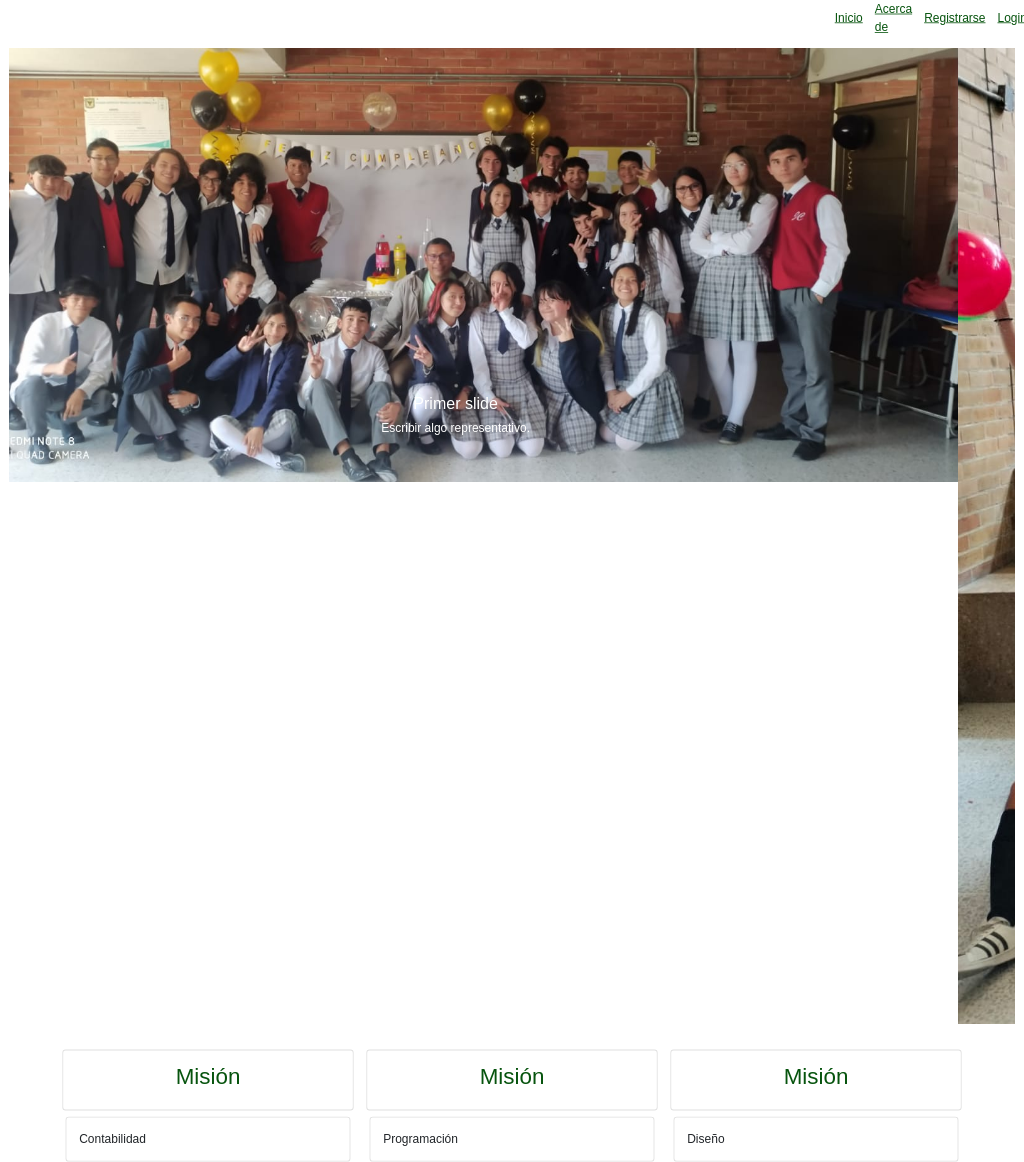
Repository: AntonnySant/webColegio
Page: index.html
These files come from the project's save history. The page is drawn as it stood at one moment and after the next save; the edit follows.
The browser window is 1280 px wide. The pictures show the whole page, at 80% of full size.

Above is the page before, as saved 2023-10-17 17:14:29.
Console error: TypeError: Cannot set properties of null (setting 'onclick')

### index.html
<!DOCTYPE html>
<html lang="en">

<head>
    <meta charset="UTF-8">
    <meta http-equiv="X-UA-Compatible" content="IE=edge">
    <meta name="viewport" content="width=device-width, initial-scale=1.0">
    <!-- Compiled and minified CSS -->
    <link href="https://cdn.jsdelivr.net/npm/bootstrap@5.0.2/dist/css/bootstrap.min.css" rel="stylesheet"
        integrity="sha384-EVSTQN3/azprG1Anm3QDgpJLIm9Nao0Yz1ztcQTwFspd3yD65VohhpuuCOmLASjC" crossorigin="anonymous">
    <link rel="stylesheet" type="text/css" href="./styles.css">

    <title>Document</title>
</head>

<body>
    <header class="header">
        <!-- <img src="https://juandelcorral.edu.co/wp-content/uploads/2023/03/escudo_2019_verde_fondo-670x1024.png"
            id="img_logo" alt="">
        <p>COLEGIO I.T.D. JUAN DEL CORRAL I.E.D.</p> -->
        <nav>
            <ul class="nav-right-section">
                <li><a href="#">Inicio</a></li>
                <li><a href="#">Acerca de</a></li>
                <li><a href="#">Registrarse</a>
                    <!-- <button id="openModal">Registrarse</button>
                    <div id="registrationModal" class="modal">
                        <div class="modal-content">
                            <span class="close" id="closeModal">&times;</span>
                            <h2>Registro</h2>
                            <form>
                                <label for="username">Nombre de usuario:</label>
                                <input type="text" id="username" name="username" required>
                                <label for="password">Contraseña:</label>
                                <input type="password" id="password" name="password" required>
                                <button type="submit">Registrarse</button>
                            </form>
                        </div>
                    </div> -->
                </li>
                <li><a href="#">Login</a>
                    <!-- <button id="openModalBtn">Iniciar sesión</button>
                    <div id="loginModal" class="modal">
                        <div class="modal-content">
                            <span class="close" id="closeModalBtn">&times;</span>
                            <h2>Iniciar sesión</h2>
                            <form>
                                <input type="text" placeholder="Usuario">
                                <input type="password" placeholder="Contraseña">
                                <button type="submit">Iniciar sesión</button>
                            </form>
                        </div>
                    </div> -->
                </li>
            </ul>
        </nav>
    </header>






    <div class="container-fluid">
        <!-- Carrosul dinamico con las 4 imagenes  -->
        <!-- <div class="container"> -->
        <div class="row py-4">
            <div id="carrusel" class="carousel slide" data-bs-ride="carousel">
                <div class="carousel-indicators">
                    <button type="button" data-bs-target="#carouselExampleCaptions" data-bs-slide-to="0" class="active"
                        aria-current="true" aria-label="Slide 1"></button>
                    <button type="button" data-bs-target="#carouselExampleCaptions" data-bs-slide-to="1"
                        aria-label="Slide 2"></button>
                    <button type="button" data-bs-target="#carouselExampleCaptions" data-bs-slide-to="2"
                        aria-label="Slide 3"></button>
                    <button type="button" data-bs-target="#carouselExampleCaptions" data-bs-slide-to="3"
                        aria-label="Slide 4"></button>
                </div>
                <div class="carousel-inner">
                    <div class="carousel-item active">
                        <img src="foto1.jpeg" class="d-block w-100 img-fluid" alt="...">
                        <div class="carousel-caption d-none d-md-block">
                            <h5>Primer slide</h5>
                            <p>Escribir algo representativo.</p>
                        </div>
                    </div>
                    <div class="carousel-item">
                        <img src="foto2.jpeg" class="d-block w-100 img-fluid" alt="...">
                        <div class="carousel-caption d-none d-md-block">
                            <h5>Segundo slide</h5>
                            <p>Escribir algo representativo.</p>
                        </div>
                    </div>

                    <div class="carousel-item">
                        <img src="foto3.jpeg" class="d-block w-100 img-fluid" alt="...">
                        <div class="carousel-caption d-none d-md-block">
                            <h5>Tercer slide</h5>
                            <p>Escribir algo representativo.</p>
                        </div>
                    </div>

                    <div class="carousel-item">
                        <img src="foto4.jpeg" class="d-block w-100 img-fluid" alt="...">
                        <div class="carousel-caption d-none d-md-block">
                            <h5>Cuarto slide</h5>
                            <p>Escribir algo representativo.</p>
                        </div>
                    </div>
                </div>
                <button class="carousel-control-prev" type="button" data-bs-target="#carouselExampleCaptions"
                    data-bs-slide="prev">
                    <span class="carousel-control-prev-icon" aria-hidden="true"></span>
                    <span class="visually-hidden">Previous</span>
                </button>
                <button class="carousel-control-next" type="button" data-bs-target="#carouselExampleCaptions"
                    data-bs-slide="next">
                    <span class="carousel-control-next-icon" aria-hidden="true"></span>
                    <span class="visually-hidden">Next</span>
                </button>
                <!-- </div> -->
            </div>
        </div>
        <!--Cierre carrusel-->

        <div class="container">
            <div class="row">
                <div class="col-xs-12 col-md-4 p-2">
                    <div class="card">
                        <div class="card-body">

                            <!-- Button trigger modal -->

                            <a href="#" data-bs-toggle="modal" data-bs-target="#exampleModal" class="btn-card">
                                <h3>Misión</h3>
                            </a>

                            <!-- Modal -->
                            <div class="modal fade" id="exampleModal" tabindex="-1" aria-labelledby="exampleModalLabel"
                                aria-hidden="true">
                                <div class="modal-dialog">
                                    <div class="modal-content">
                                        <div class="modal-header">
                                            <h5 class="modal-title" id="exampleModalLabel">Modal title</h5>
                                            <button type="button" class="btn-close" data-bs-dismiss="modal"
                                                aria-label="Close"></button>
                                        </div>
                                        <div class="modal-body">
                                            ...
                                        </div>
                                        <div class="modal-footer">
                                            <button type="button" class="btn btn-secondary"
                                                data-bs-dismiss="modal">Close</button>
                                            <button type="button" class="btn btn-primary">Save changes</button>
                                        </div>
                                    </div>
                                </div>
                            </div>
                        </div>

                    </div>
                </div>
                <div class="col-xs-12 col-md-4 p-2">
                    <div class="card">
                        <div class="card-body">

                            <!-- Button trigger modal -->

                            <a href="#" data-bs-toggle="modal" data-bs-target="#exampleModal" class="btn-card">
                                <h3>Misión</h3>
                            </a>

                            <!-- Modal -->
                            <div class="modal fade" id="exampleModal" tabindex="-1" aria-labelledby="exampleModalLabel"
                                aria-hidden="true">
                                <div class="modal-dialog">
                                    <div class="modal-content">
                                        <div class="modal-header">
                                            <h5 class="modal-title" id="exampleModalLabel">Modal title</h5>
                                            <button type="button" class="btn-close" data-bs-dismiss="modal"
                                                aria-label="Close"></button>
                                        </div>
                                        <div class="modal-body">
                                            ...
                                        </div>
                                        <div class="modal-footer">
                                            <button type="button" class="btn btn-secondary"
                                                data-bs-dismiss="modal">Close</button>
                                            <button type="button" class="btn btn-primary">Save changes</button>
                                        </div>
                                    </div>
                                </div>
                            </div>
                        </div>

                    </div>
                </div>
                <div class="col-xs-12 col-md-4 p-2">
                    <div class="card">
                        <div class="card-body">

                            <!-- Button trigger modal -->

                            <a href="#" data-bs-toggle="modal" data-bs-target="#exampleModal" class="btn-card">
                                <h3>Misión</h3>
                            </a>

                            <!-- Modal -->
                            <div class="modal fade" id="exampleModal" tabindex="-1" aria-labelledby="exampleModalLabel"
                                aria-hidden="true">
                                <div class="modal-dialog">
                                    <div class="modal-content">
                                        <div class="modal-header">
                                            <h5 class="modal-title" id="exampleModalLabel">Modal title</h5>
                                            <button type="button" class="btn-close" data-bs-dismiss="modal"
                                                aria-label="Close"></button>
                                        </div>
                                        <div class="modal-body">
                                            ...
                                        </div>
                                        <div class="modal-footer">
                                            <button type="button" class="btn btn-secondary"
                                                data-bs-dismiss="modal">Close</button>
                                            <button type="button" class="btn btn-primary">Save changes</button>
                                        </div>
                                    </div>
                                </div>
                            </div>
                        </div>

                    </div>
                </div>
            </div>
        </div>

        <div class="container">
            <div class="row">
                <div class="col">
                    <div class="card">
                        <div class="card-body">
                            Contabilidad
                        </div>
                    </div>
                </div>
                <div class="col">
                    <div class="card">
                        <div class="card-body">
                            Programación
                        </div>
                    </div>
                </div>
                <div class="col">
                    <div class="card">
                        <div class="card-body">
                            Diseño
                        </div>
                    </div>
                </div>
            </div>
        </div>
    </div>

    <!-- Compiled and minified JavaScript -->
    <script src="https://cdn.jsdelivr.net/npm/bootstrap@5.0.2/dist/js/bootstrap.bundle.min.js"
        integrity="sha384-MrcW6ZMFYlzcLA8Nl+NtUVF0sA7MsXsP1UyJoMp4YLEuNSfAP+JcXn/tWtIaxVXM" crossorigin="anonymous">
    </script>
    <script src="script.js"></script>
</body>

</html>

### styles.css
/* styles.css */
/* Estilos para el encabezado */
body {
    margin: 0;
    padding: 0;
    font-size: 15px;
    font-family: Arial, Helvetica, sans-serif;
}
.btn-card{
  text-align: center;
  text-decoration: none;
  color: #07540E;
}
.btn-card:hover{
  color: black;
}
.carousel-indicators{
  z-index: 1;
}
.header {
    position: fixed;
    /* top: 0;
    left: 0; */
    width: 100%;
    height: 60px;
    background-color: white;
    /* padding: 10px 0; */
    z-index: 1;
  }

  header nav {
    display: flex;
    justify-content: flex-end;
  }

  header nav .nav-right-section {
    width: 250px;
    height: auto;
    display: flex;
    list-style: none;
    justify-content: center;
    align-items: center;
  }

  nav .nav-right-section a {
    /* text-decoration: none; */
    margin-right: 15px;
    color: #07540E;
  }

  /* .header ul {
    list-style: none;
    margin: 0;
    padding: 0;
    float: right;
    margin: 15px;
  }

  .header ul li {
    display: flex;
    margin-right: 20px;
  }

  .header ul li:last-child {
    margin-right: 0;
  } */

  header p{
    margin-top: 15px;
    font-family: Arial, Helvetica, sans-serif;
    font-size: 36px;
    text-align: left;
    color: #07540E;

  }

  /* .content {
    margin-top: 60px;
  } */

  #carrusel {
    /* z-index: -2; */
  }

.modal {
    display: none;
    position: fixed;
    top: 0;
    left: 0;
    width: 100%;
    height: 100%;
    background-color: rgba(0,0,0,0.5);
  }

  .modal-content {
    background-color: #fff;
    margin: 10% auto;
    padding: 20px;
    width: 300px;
    box-shadow: 0 4px 8px 0 rgba(0,0,0,0.2);
  }
  .modal-backdrop{
    z-index: 0;
  }
  .close {
    float: right;
    font-size: 24px;
    cursor: pointer;
  }

  /* Estilos para el modal */
.modal {
    display: none;
    position: fixed;
    z-index: 1;
    left: 0;
    top: 0;
    width: 100%;
    height: 100%;
    background-color: rgba(0,0,0,0.7);
  }

  .modal-content {
    background-color: #fefefe;
    margin: 10% auto;
    padding: 20px;
    border: 1px solid #888;
    width: 50%;
  }

  .close {
    float: right;
    font-size: 20px;
    cursor: pointer;
  }

  /* Estilos para el botón "Registrarse" */
  #openModal {
    display: inline-block;
    padding: 10px 20px;
    background-color: #007bff;
    color: #fff;
    border: none;
    cursor: pointer;
  }

  /* Estilos para el formulario dentro del modal */
  form {
    display: flex;
    flex-direction: column;
  }

  label, input, button {
    margin: 5px 0;
  }

  img {
    height: 600px;
  }

  #img_logo {
    width: 120px;
    height: 140px;
    float: left;
    margin: 15px;
    margin-top: 10px;
  }


  /* Añade estilos adicionales según tu preferencia */

Loaded but not shown: script.js (40 lines, source omitted)

After the next save:
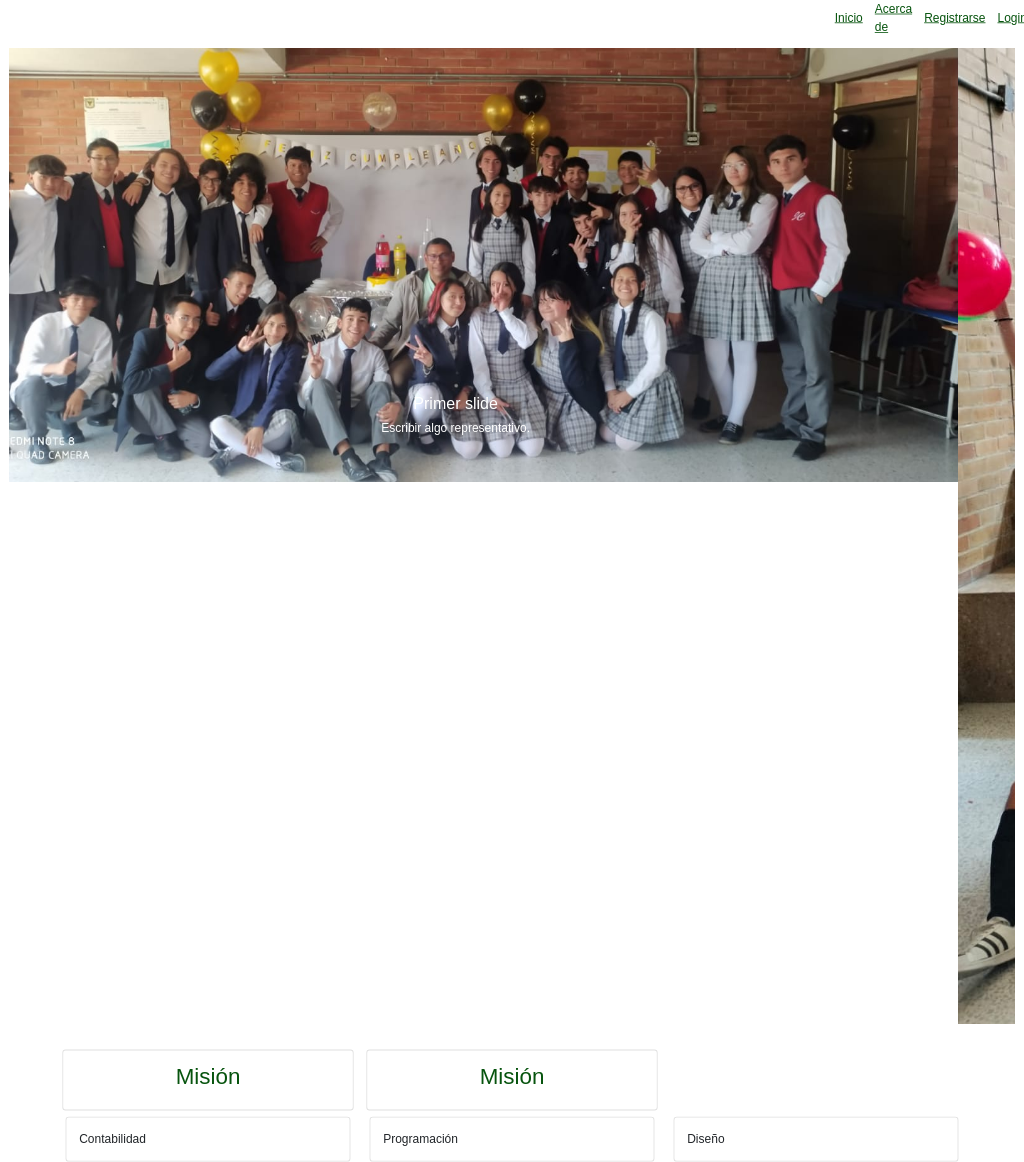
Saved 15 s later.
--- a/index.html
+++ b/index.html
@@ -195,41 +195,6 @@
 
                     </div>
                 </div>
-                <div class="col-xs-12 col-md-4 p-2">
-                    <div class="card">
-                        <div class="card-body">
-
-                            <!-- Button trigger modal -->
-
-                            <a href="#" data-bs-toggle="modal" data-bs-target="#exampleModal" class="btn-card">
-                                <h3>Misión</h3>
-                            </a>
-
-                            <!-- Modal -->
-                            <div class="modal fade" id="exampleModal" tabindex="-1" aria-labelledby="exampleModalLabel"
-                                aria-hidden="true">
-                                <div class="modal-dialog">
-                                    <div class="modal-content">
-                                        <div class="modal-header">
-                                            <h5 class="modal-title" id="exampleModalLabel">Modal title</h5>
-                                            <button type="button" class="btn-close" data-bs-dismiss="modal"
-                                                aria-label="Close"></button>
-                                        </div>
-                                        <div class="modal-body">
-                                            ...
-                                        </div>
-                                        <div class="modal-footer">
-                                            <button type="button" class="btn btn-secondary"
-                                                data-bs-dismiss="modal">Close</button>
-                                            <button type="button" class="btn btn-primary">Save changes</button>
-                                        </div>
-                                    </div>
-                                </div>
-                            </div>
-                        </div>
-
-                    </div>
-                </div>
             </div>
         </div>
 

After the save that followed:
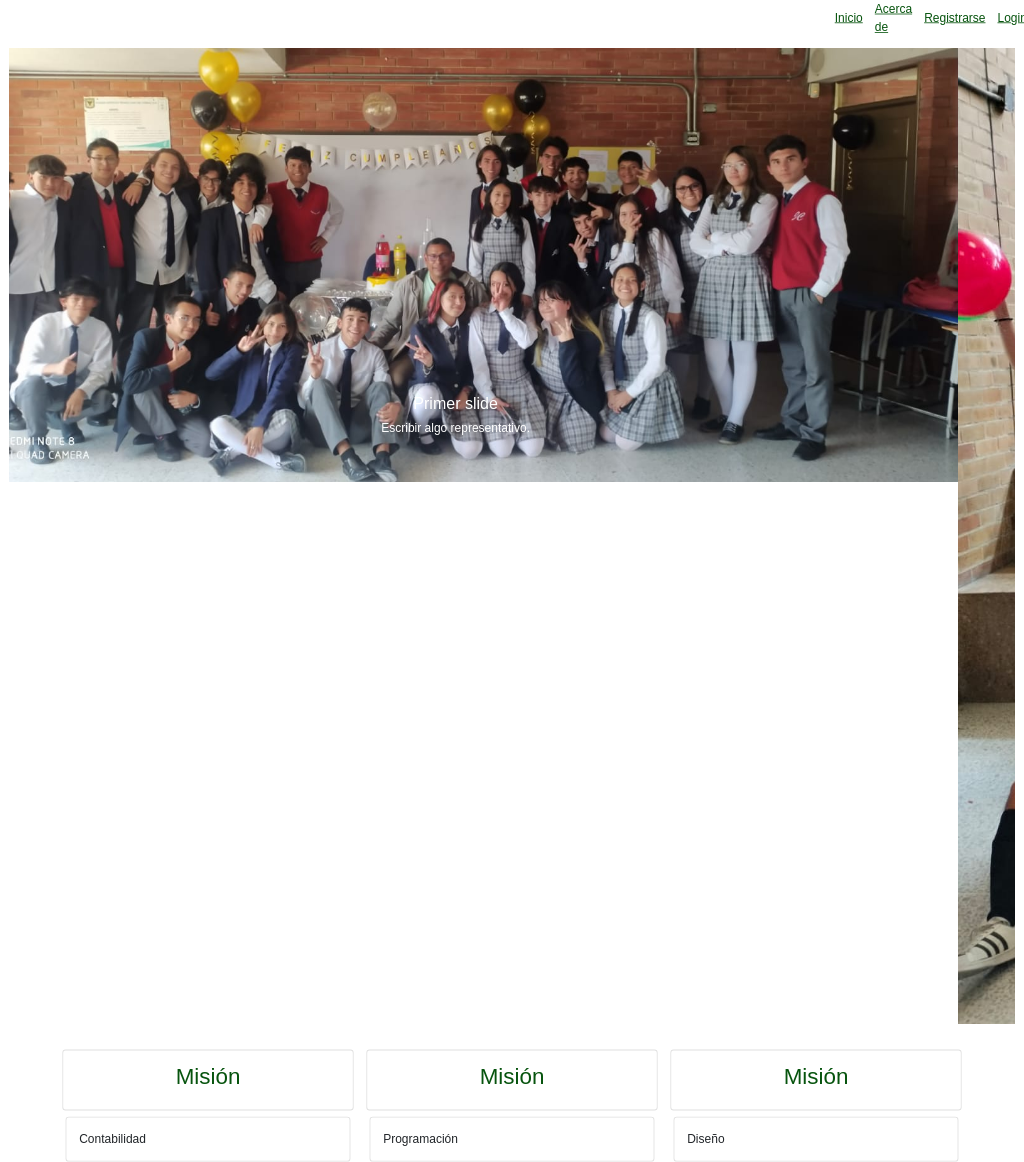
Saved 7 s later.
--- a/index.html
+++ b/index.html
@@ -194,6 +194,40 @@
                         </div>
 
                     </div>
+                </div><div class="col-xs-12 col-md-4 p-2">
+                    <div class="card">
+                        <div class="card-body">
+
+                            <!-- Button trigger modal -->
+
+                            <a href="#" data-bs-toggle="modal" data-bs-target="#exampleModal" class="btn-card">
+                                <h3>Misión</h3>
+                            </a>
+
+                            <!-- Modal -->
+                            <div class="modal fade" id="exampleModal" tabindex="-1" aria-labelledby="exampleModalLabel"
+                                aria-hidden="true">
+                                <div class="modal-dialog">
+                                    <div class="modal-content">
+                                        <div class="modal-header">
+                                            <h5 class="modal-title" id="exampleModalLabel">Modal title</h5>
+                                            <button type="button" class="btn-close" data-bs-dismiss="modal"
+                                                aria-label="Close"></button>
+                                        </div>
+                                        <div class="modal-body">
+                                            ...
+                                        </div>
+                                        <div class="modal-footer">
+                                            <button type="button" class="btn btn-secondary"
+                                                data-bs-dismiss="modal">Close</button>
+                                            <button type="button" class="btn btn-primary">Save changes</button>
+                                        </div>
+                                    </div>
+                                </div>
+                            </div>
+                        </div>
+
+                    </div>
                 </div>
             </div>
         </div>
